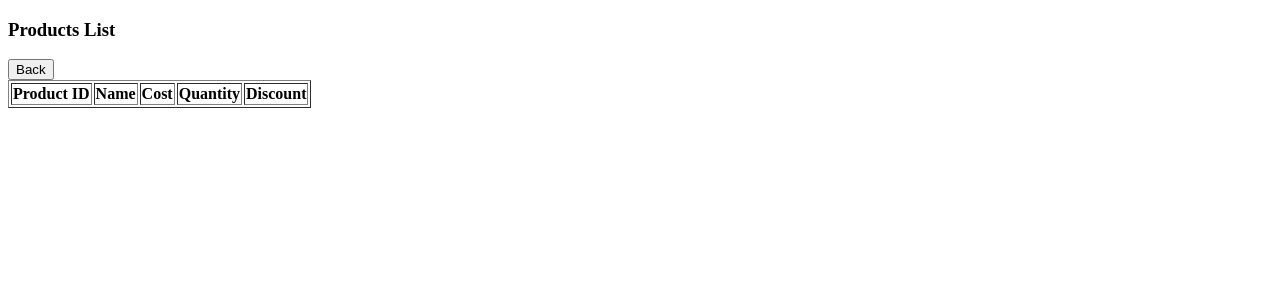
Repository: nelsonamaran14/OnlineShopping_CaseStudy2
Page: http://localhost/OnlineShopping/showproducts
The author's editor kept a copy of each file at every save. The page is drawn from the files as they stood at one save, then again after the next save.
The browser window is 1280 px wide. The pictures show the whole page.
The page is served by Tomcat 9. Other server files are loaded and not shown. Queries for data that is not in the repository find no rows.

Above is the page before, as saved 2023-09-05 12:18:11.

### OnlineShopping/src/main/webapp/display_product.jsp
<%@ page language="java" contentType="text/html; charset=ISO-8859-1"
    pageEncoding="ISO-8859-1"%>
<%@ taglib uri="http://java.sun.com/jsp/jstl/core" prefix="c" %>

<!DOCTYPE html>
<html>
<head>
<meta charset="ISO-8859-1">
<title>Products List</title>
</head>
<body>

<h3>Products List</h3>
	<form action="back">
		<input type="submit" value="Back"/>
	</form>
    <table border="1">
        <tr>
            <th>Product ID</th>
            <th>Name</th>
            <th>Cost</th>
            <th>Quantity</th>
            <th>Discount</th>
        </tr>
        <c:forEach var="product" items="${list}">
            <tr>
                <td>${product.id}</td>
                <td>${product.name}</td>
                <td>${product.cost}</td>
                <td>${product.quantity}</td>
                <td>${product.discount}</td>
            </tr>
        </c:forEach>
    </table>
</body>
</html>

### OnlineShopping/src/main/java/in/mindcraft/utils/DBUtils.java
package in.mindcraft.utils;

	import java.sql.Connection;
	import java.sql.DriverManager;
import java.sql.PreparedStatement;
import java.sql.ResultSet;
import java.sql.SQLException;

	public class DBUtils {

		 private static Connection cn;
		 public static Connection openConnection() throws SQLException, ClassNotFoundException {
			 Class.forName("com.mysql.cj.jdbc.Driver");
			 String url="jdbc:mysql://localhost/test_schema";
			 return cn = DriverManager.getConnection(url,"root","root");
		 }

		 public static void closeConnection(ResultSet resultSet, PreparedStatement preparedStatement, Connection connection) throws SQLException {
			 if(cn!=null)
				 cn.close();
		 }


	}

After the next save:
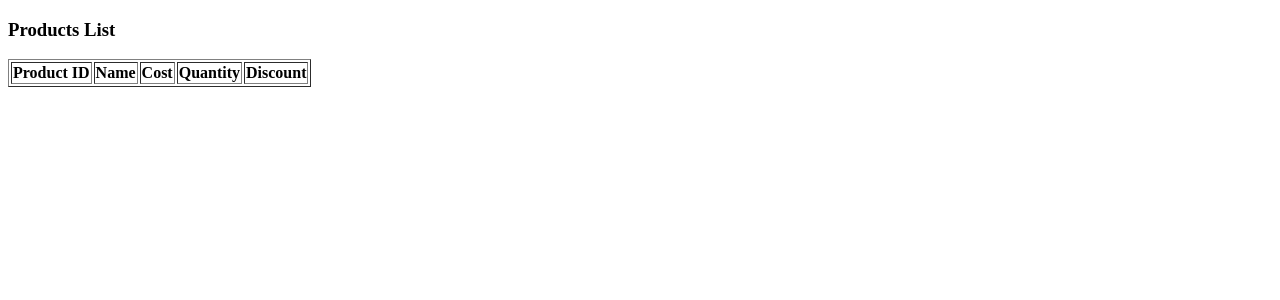
Saved 29 s later.
--- a/OnlineShopping/src/main/webapp/display_product.jsp
+++ b/OnlineShopping/src/main/webapp/display_product.jsp
@@ -11,9 +11,7 @@
 <body>
 
 <h3>Products List</h3>
-	<form action="back">
-		<input type="submit" value="Back"/>
-	</form>
+
     <table border="1">
         <tr>
             <th>Product ID</th>
